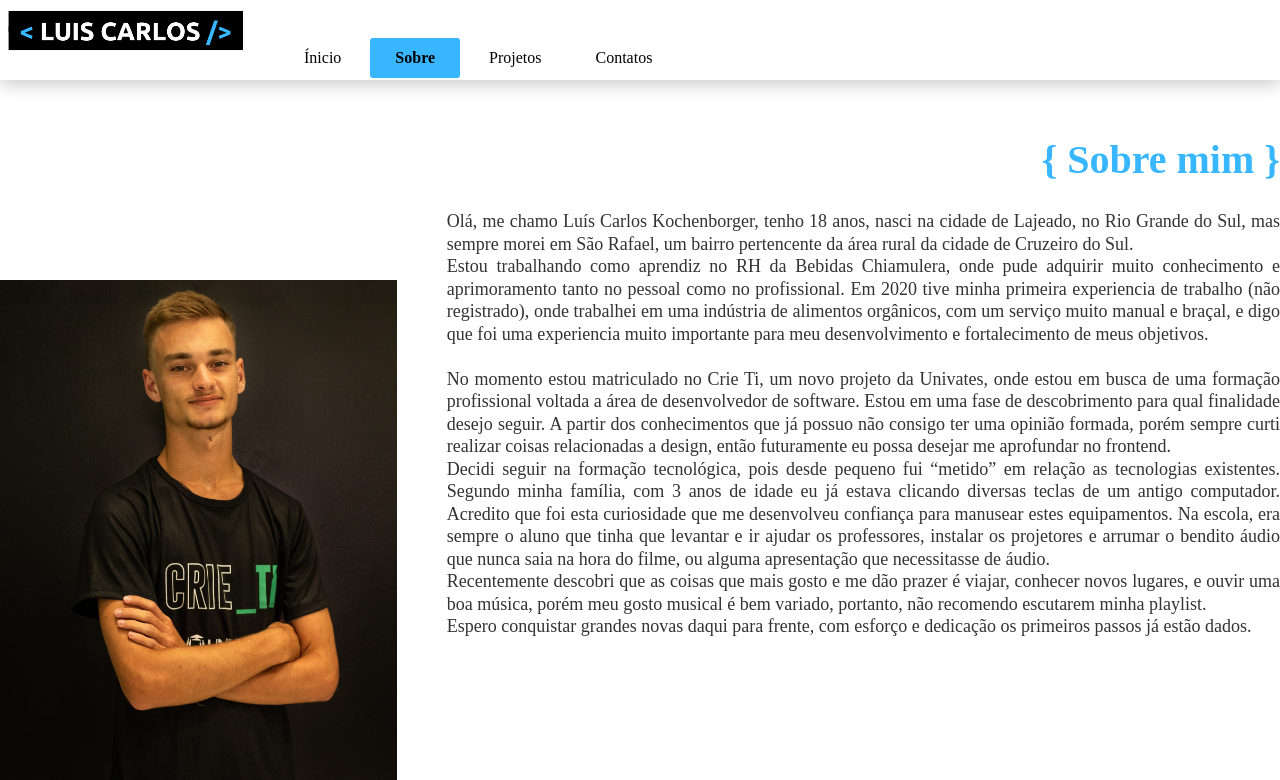
Repository: Iluiscarlos/SitePortifolio
Page: about.html
The author's editor kept a copy of each file at every save. The page is drawn from the files as they stood at one save, then again after the next save.
The browser window is 1280 px wide. The pictures show the whole page.
Some web libraries are served in a nearby version.

Above is the page before, as saved 2022-05-23 22:46:56.

After the next save:
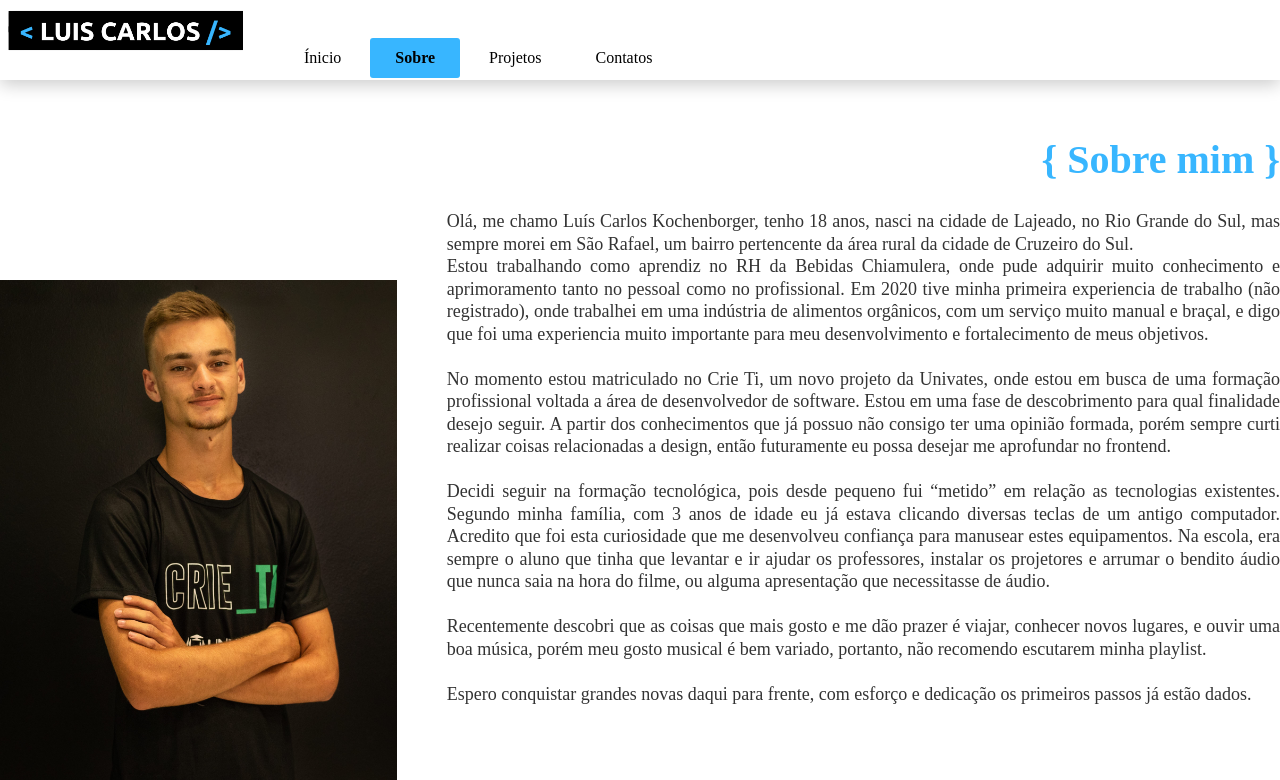
Saved 22 s later.
--- a/about.html
+++ b/about.html
@@ -35,9 +35,9 @@
             <div class="about__content">
             <p>Olá, me chamo Luís Carlos Kochenborger, tenho 18 anos, nasci na cidade de Lajeado, no Rio Grande do Sul, mas sempre morei em São Rafael, um bairro pertencente da área rural da cidade de Cruzeiro do Sul.</p>
                 <p>Estou trabalhando como aprendiz no RH da Bebidas Chiamulera, onde pude adquirir muito conhecimento e aprimoramento tanto no pessoal como no profissional. Em 2020 tive minha primeira experiencia de trabalho (não registrado), onde trabalhei em uma indústria de alimentos orgânicos, com um serviço muito manual e braçal, e digo que foi uma experiencia muito importante para meu desenvolvimento e fortalecimento de meus objetivos.</p><br>
-                <p>No momento estou matriculado no Crie Ti, um novo projeto da Univates, onde estou em busca de uma formação profissional voltada a área de desenvolvedor de software. Estou em uma fase de descobrimento para qual finalidade desejo seguir. A partir dos conhecimentos que já possuo não consigo ter uma opinião formada, porém sempre curti realizar coisas relacionadas a design, então futuramente eu possa desejar me aprofundar no frontend.</p>
-                <p>Decidi seguir na formação tecnológica, pois desde pequeno fui “metido” em relação as tecnologias existentes. Segundo minha família, com 3 anos de idade eu já estava clicando diversas teclas de um antigo computador. Acredito que foi esta curiosidade que me desenvolveu confiança para manusear estes equipamentos. Na escola, era sempre o aluno que tinha que levantar e ir ajudar os professores, instalar os projetores e arrumar o bendito áudio que nunca saia na hora do filme, ou alguma apresentação que necessitasse de áudio.</p>
-                <p>Recentemente descobri que as coisas que mais gosto e me dão prazer é viajar, conhecer novos lugares, e ouvir uma boa música, porém meu gosto musical é bem variado, portanto, não recomendo escutarem minha playlist.</p>
+                <p>No momento estou matriculado no Crie Ti, um novo projeto da Univates, onde estou em busca de uma formação profissional voltada a área de desenvolvedor de software. Estou em uma fase de descobrimento para qual finalidade desejo seguir. A partir dos conhecimentos que já possuo não consigo ter uma opinião formada, porém sempre curti realizar coisas relacionadas a design, então futuramente eu possa desejar me aprofundar no frontend.</p><br>
+                <p>Decidi seguir na formação tecnológica, pois desde pequeno fui “metido” em relação as tecnologias existentes. Segundo minha família, com 3 anos de idade eu já estava clicando diversas teclas de um antigo computador. Acredito que foi esta curiosidade que me desenvolveu confiança para manusear estes equipamentos. Na escola, era sempre o aluno que tinha que levantar e ir ajudar os professores, instalar os projetores e arrumar o bendito áudio que nunca saia na hora do filme, ou alguma apresentação que necessitasse de áudio.</p><br>
+                <p>Recentemente descobri que as coisas que mais gosto e me dão prazer é viajar, conhecer novos lugares, e ouvir uma boa música, porém meu gosto musical é bem variado, portanto, não recomendo escutarem minha playlist.</p><br>
                 <p>Espero conquistar grandes novas daqui para frente, com esforço e dedicação os primeiros passos já estão dados.</p>
             </div>
         </div>
